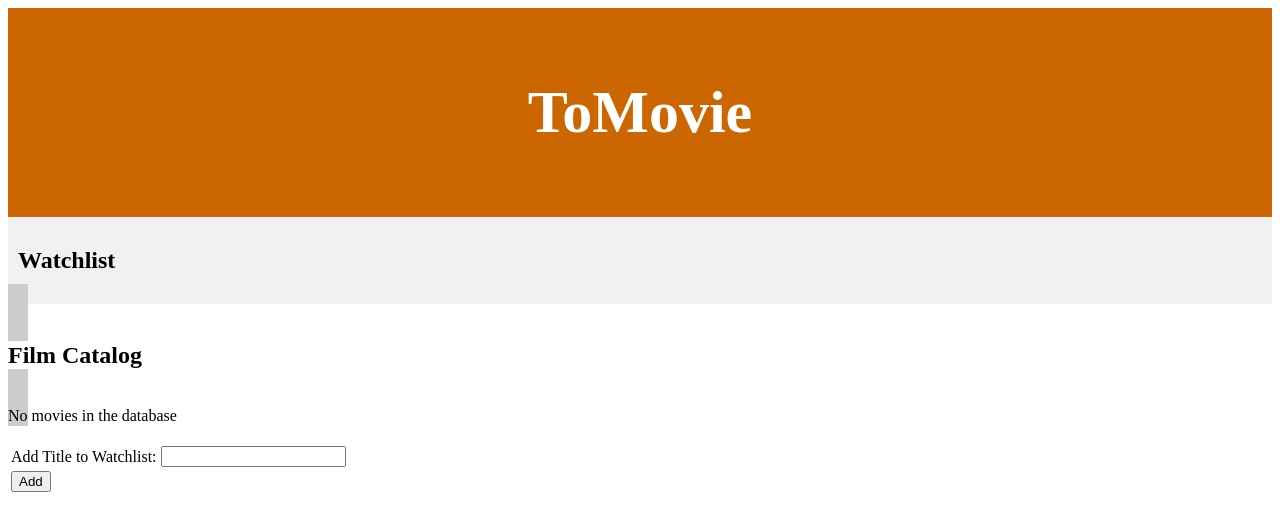
Repository: dannie-su-sjsu/CS157A-team6
Page: http://localhost/ToMovie/movie.jsp
The author's editor kept a copy of each file at every save. The page is drawn from the files as they stood at one save, then again after the next save.
The browser window is 1280 px wide. The pictures show the whole page.
The page is served by Tomcat 9. Queries for data that is not in the repository find no rows.

Above is the page before, as saved 2023-07-16 04:01:42.

After the next save:
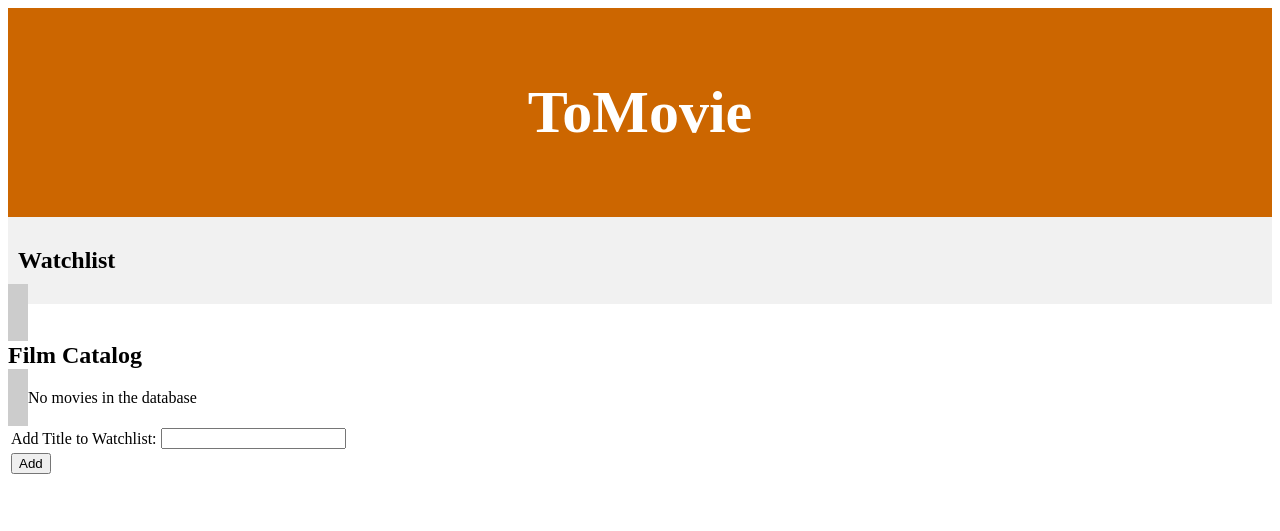
Saved 46 s later.
--- a/ToMovie/src/main/webapp/movie.jsp
+++ b/ToMovie/src/main/webapp/movie.jsp
@@ -9,11 +9,10 @@
 <title>MovieList</title>
 </head>
 <body>
-<div align = left>
 <header><h1>ToMovie</h1></header>
 <article><h2>Watchlist</h2></article>
 <catalog><h2>Film Catalog</h2></catalog>
-</div>
+
 <%
 //*** CONNECTING TO DATABASE ***///
 Class.forName("com.mysql.cj.jdbc.Driver");
